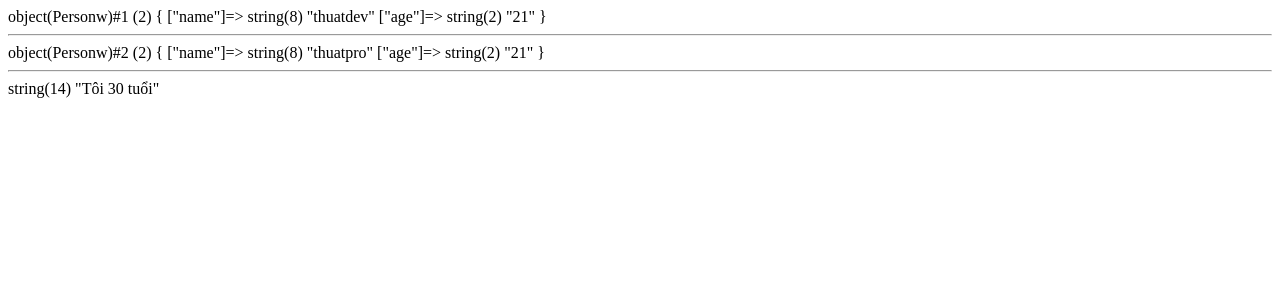
Repository: ThuatDev/php-push
Page: http://localhost/thuat_lear_class.php
The author's editor kept a copy of each file at every save. The page is drawn from the files as they stood at one save, then again after the next save.
The browser window is 1280 px wide. The pictures show the whole page.
The page is run by PHP 8.4 with error messages shown; the project is at /var/www/html/.

Above is the page before, as saved 2023-09-30 07:19:14.

### thuat_lear_class.php
<?php
require_once 'classes/leanr_person.php';
$personMale = new Personw();
var_dump($personMale);
echo '<hr/>';


  $personMale =new Personw;
    $personMale->name='thuatpro';
  var_dump($personMale);
  echo '<hr/>';

  var_dump($personMale->getAge());

### classes/leanr_person.php
<?php
class Personw {
  public $name='thuatdev' ,$age='21' ;
  const MIN_AGE=25;
    public function getName(){
        return 'Tôi là thuat';
    }
  public function getAge (){
    return 'Tôi 30 tuổi';
}
}

After the next save:
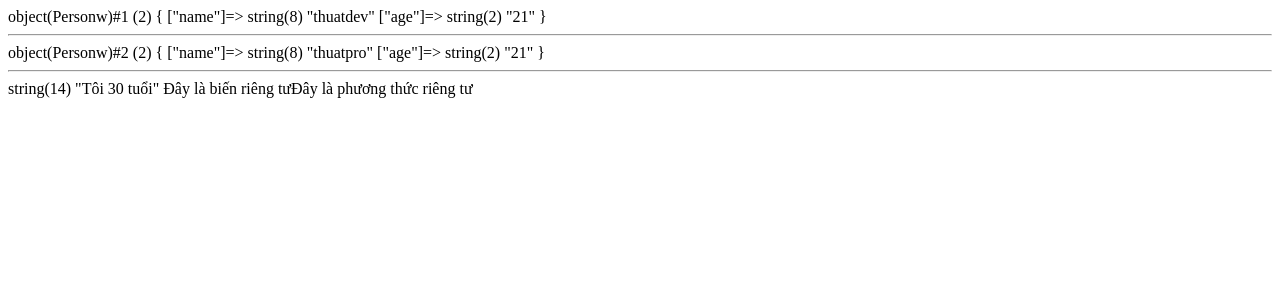
Saved 20 min 45 s later.
--- a/thuat_lear_class.php
+++ b/thuat_lear_class.php
@@ -11,3 +11,26 @@ echo '<hr/>';
   echo '<hr/>';
 
   var_dump($personMale->getAge());
+
+
+  class MyClass {
+    private $privateVar = 'Đây là biến riêng tư';
+
+    private function privateMethod() {
+        return 'Đây là phương thức riêng tư';
+    }
+
+    public function accessPrivate() {
+        // Bạn có thể truy cập các thành viên riêng tư bên trong lớp
+        echo $this->privateVar; // In ra: Đây là biến riêng tư
+        echo $this->privateMethod(); // In ra: Đây là phương thức riêng tư
+    }
+}
+
+$obj = new MyClass();
+// Không thể truy cập trực tiếp từ bên ngoài lớp
+// echo $obj->privateVar; // Lỗi
+// echo $obj->privateMethod(); // Lỗi
+
+// Nhưng có thể truy cập thông qua phương thức công khai
+$obj->accessPrivate();
